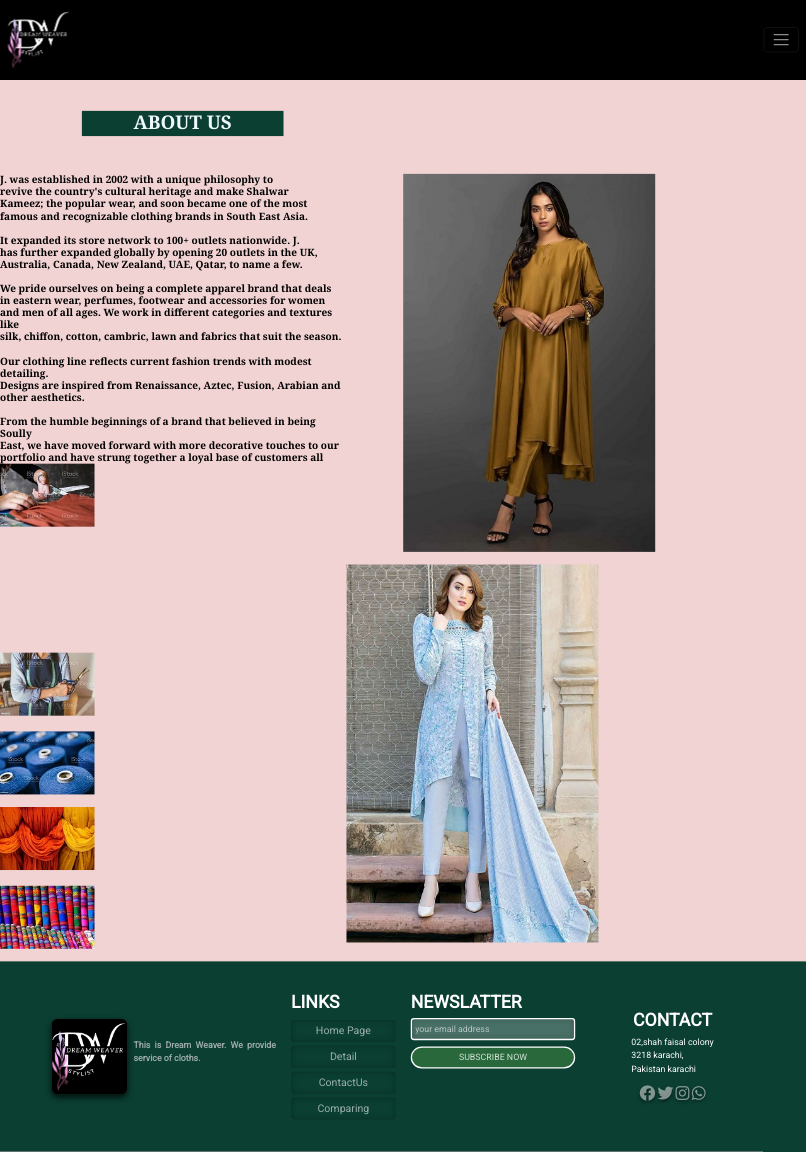
Repository: laibaashraf90/dreamweaver
Page: Source Code/detail.html
These files come from the project's save history. The page is drawn as it stood at one moment and after a run of saves; the edit follows.
The browser window is 1280 px wide. The pictures show the whole page, at 63% of full size.

Above is the page before, as saved 2022-10-29 17:11:58.

### Source Code/detail.html
<!DOCTYPE html>
<html lang="en">
  <head>
    <meta charset="UTF-8">
    <meta http-equiv="X-UA-Compatible" content="IE=edge">
    <meta name="viewport" content="width=device-width, initial-scale=1.0">
    <title>Document</title>
    <link rel="stylesheet" href="./bootstrap-5.2.2-dist/css/bootstrap.min.css">
    <link rel="stylesheet"
      href="https://cdnjs.cloudflare.com/ajax/libs/font-awesome/6.2.0/css/all.min.css">
    <link rel="stylesheet" href="style.css">
  </head>
  <body>
    <!-- Swiper Style start -->

    <!-- Demo styles -->
    <style>
      *{
        margin: 0;
        padding: 0;
      }
       html,

    body {
      position: relative;
      height: 100%;
    }

    body {
      background: #f2d3d3;
      font-family: Helvetica Neue, Helvetica, Arial, sans-serif;
      font-size: 14px;
      color: black;
      margin: 0;
      padding: 0;
    }

    .card {
      color: white;
      font-weight: bold;
      text-align: center;
    }

    .png {
      width: 100px;
      height: 100px;
      margin-bottom: 60%;
    }
 h1{
  background-color: #0B3F32;
    font-size: 30px;
    text-align: center;
    align-items: baseline;
    height: 40px;
    color: aliceblue;
    margin-top: 50px;
    margin-left: 130px;
    width: 50%;
    font-family: Cambria, Cochin, Georgia, Times, 'Times New Roman', serif;
 }
 .picdiv{
  background-color: #f2d3d3;
  margin-top: 60px;
  margin-left: 550px;
margin-bottom: 10px;
 }
    </style>
    <!-- Nav Bar Start -->
    <nav></nav>
    <!-- Nav Bar End -->

    <div class="container">
      <div class="row">
        <div class="col-sm-6"></div>
        <div class="col-sm-6"></div>
      </div>
    </div>



    <div class="con">
      <div class="para">
        <h1>ABOUT US <br></h1>
        <h2>J. was established in 2002 with a unique philosophy to<br> revive
          the country's cultural heritage and make
          Shalwar<br>Kameez; the popular wear, and soon became one of the most<br>famous
          and recognizable clothing
          brands in South East Asia.
          <br>
          <br>
          It expanded its store network to 100+ outlets nationwide. J.<br>has
          further expanded globally by opening 20
          outlets in the UK,<br>Australia, Canada, New Zealand, UAE, Qatar, to
          name a few.
          <br>
          <br>
          We pride ourselves on being a complete apparel brand that deals<br>in
          eastern wear, perfumes, footwear and
          accessories for women<br>and men of all ages. We work in different
          categories and textures like<br>silk,
          chiffon, cotton, cambric, lawn and fabrics that suit the season.
          <br>
          <br>
          Our clothing line reflects current fashion trends with modest
          detailing.<br>Designs are inspired from
          Renaissance, Aztec, Fusion, Arabian and other aesthetics.
          <br>
          <br>
          From the humble beginnings of a brand that believed in being Soully<br>East,
          we have moved forward with
          more decorative touches to our portfolio and have strung together a
          loyal base of customers all over<br>the
          world
        </h2>
      </div>
      <div class="silk">
        <img src="./imges/s1.jpg" alt="">
      </div>
    </div>
    <div class="smallcard">
      <div class="div1"><img src="./imges/t1.jpg" alt=""></div>
      <div class="picdiv"><img src="./imges/t6.jpg" alt=""></div>
      <div class="div2"><img src="./imges/t2.jpg" alt=""></div>
      <div class="div3"><img src="./imges/thread.jpg" alt=""></div>
      <div class="div4"><img src="./imges/t4.jpg" alt=""></div>
      <div class="div5"><img src="./imges/t3.jpg" alt=""></div>
    </div>

    <!-- Footer Start -->
    <footer></footer>
    <!-- Footer End -->
    <script src="./bootstrap-5.2.2-dist/js/bootstrap.min.js"></script>
    <script src="js/header.js"></script>
    <script src="js/footer.js"></script>
  </body>
</html>

### Source Code/style.css
@import url('https://fonts.googleapis.com/css2?family=Roboto&display=swap');
*{
    user-select: none;
    box-sizing: border-box;
    margin: 0;
    padding: 0;
    transition: all 0.3s ease;
    text-decoration: none !important;
    font-family: 'Roboto', sans-serif;
}
html{
    scroll-behavior: smooth;
}
body{
    background-color: rgb(245, 208, 214);
}
nav{
    background-color: black !important;
}
nav .logo{
    width: 100px;
}
nav .navbar-toggler:focus{
    box-shadow: none;
}
.nav1{
    background-color: #0B3F32;
    margin-top: 50px;
    font-size: 25px;
    text-align: center;
    align-items: baseline;
    height: 40px;
    color: aliceblue;
    margin-left: 20px;
    margin-right: 20px;
    font-family: Cambria, Cochin, Georgia, Times, 'Times New Roman', serif;
}
.nav2{
    background-color: #0B3F32;
    font-size: 25px;
    text-align: center;
    align-items: baseline;
    height: 40px;
    color: aliceblue;
    margin-top: 40px;
    margin-left: 20px;
    margin-right: 20px;
    font-family: Cambria, Cochin, Georgia, Times, 'Times New Roman', serif;

}
.nav3{
    background-color: #0B3F32;
    font-size: 25px;
    text-align: center;
    align-items: baseline;
    height: 40px;
    color: aliceblue;
    margin-top: 50px;
    margin-left: 20px;
    margin-right: 20px;
    font-family: Cambria, Cochin, Georgia, Times, 'Times New Roman', serif;
}
.nav4{
    background-color: #0B3F32;
    font-size: 25px;
    text-align: center;
    align-items: baseline;
    height: 40px;
    color: aliceblue;
    margin-top: 40px;
    margin-left: 20px;
    margin-right: 20px;
    font-family: Cambria, Cochin, Georgia, Times, 'Times New Roman', serif;
}
.nav5{
    background-color: #0B3F32;
    font-size: 25px;
    text-align: center;
    align-items: baseline;
    height: 40px;
    color: aliceblue;
    margin-top: 40px;
    margin-left: 20px;
    margin-right: 20px;
    font-family: Cambria, Cochin, Georgia, Times, 'Times New Roman', serif;
}
.nav6{
    background-color: #0B3F32;
    font-size: 25px;
    text-align: center;
    align-items: baseline;
    height: 40px;
    color: aliceblue;
    margin-top: 40px;
    margin-left: 20px;
    margin-right: 20px;
    font-family: Cambria, Cochin, Georgia, Times, 'Times New Roman', serif;
}
h5{
    color: black;
    font-size: 30px;
    font-weight: bolder;
    font-family: Cambria, Cochin, Georgia, Times, 'Times New Roman', serif;

}
.BTN1{
  font-size: large;
    background-color:#0B3F32;
    font-weight: bold;
    font-family:Cambria, Cochin, Georgia, Times, 'Times New Roman', serif;
}
.BTN2{
    background-color:#0B3F32;
    font-size: large;
    font-weight: bold;
    font-family:Cambria, Cochin, Georgia, Times, 'Times New Roman', serif;
    color: white;
}
.BTN1:hover{
background-color: #0B3F32;
font-family: monospace;
}
.BTN2:hover{
    background-color: #0B3F32;
    font-family: monospace;
    font-size: large;
    font-weight: bold;
    color: white;
}
.cardsection{
    border-radius: 10px;
    background-color: white;
    background: rgba( 255, 255, 255, 0.25 );
    box-shadow: 0 8px 32px 0 rgba( 31, 38, 135, 0.37 );
    backdrop-filter: blur( 4px );
    -webkit-backdrop-filter: blur( 4px );
    border-radius: 10px;
    border: 1px solid rgba( 255, 255, 255, 0.18 );
}
.text-center{
    size: 100%;
    color:gray;
    text-align: center;
}
.star1:hover{
    color: gold;
}
.star2:hover{
    color: gold;
}
.star3:hover{
    color: gold;
}
.star4:hover{
    color: gold;
}
.star5:hover{
    color: gold;
}
.star6:hover{
    color: gold;
}
.card-title{
    text-align: center;
    font-size: 20px;
}
.text-center1{
    text-align: center;
 font-size: 30px;
 font-family: Cambria, Cochin, Georgia, Times, 'Times New Roman', serif;
}
.card-img-top {
    border-radius: 20px;
    margin-top: 5%;
}
.home{
    transition: 2s;
}
.home:hover{
transform: scale(1.2);
/*(150% zoom - Note: if the zoom is too large, it will go outside of the viewport)*/
}




.con{
    display: grid;
    grid-template-columns: 1fr 1fr ;
    grid-template-rows: 300px 300px ;
}
.silk{
    width: 50%;
    height: 600px;
    margin-top: 150px;
    margin-left: 0px;
}
h1{
    background-color: #0B3F32;
margin-top: 60px;
    text-align: center;
    font-family: Cambria, Cochin, Georgia, Times, 'Times New Roman', serif;
    font-weight: bold;
    font-size: 25px;
}
h2{
    width: 550px;
    margin-top: 60px;
    font-size: medium;
    font-weight:bold;
    font-family: Cambria, Cochin, Georgia, Times, 'Times New Roman', serif;
}
.div1{
    background-color: #0B3F32;
    width: 150px;
    height: 100px;
margin-top: 10px;
}
.div2{
    background-color: #0B3F32;
    width: 150px;
    height: 100px;
margin-top: -470px;
}
.div3{
    background-color: #0B3F32;
    width: 150px;
    height: 100px;
margin-top: 25px;
}
.div4{
    background-color: #0B3F32;
    width: 150px;
    height: 100px;
margin-top: 20px;
}
.div5{
    background-color: #0B3F32;
    width: 150px;
    height: 100px;
margin-top: 25px;
margin-bottom: 20px;
}

.pic{
background-color: #0B3F32;
width: 660%;
height: 600px;
margin-top:-600px;
margin-left:670px;
}
footer{
    background: #0B3F32 ;
}
footer .logo{
    width: 120px;
    border-radius: 10px;
    box-shadow: 0 5px 10px rgba(0, 0, 0, 0.8);
}
footer .title{
    font-size: 2.0em;
    font-weight: bold;
    color: #fff;
    text-transform: uppercase;
}
footer .desc{
    margin-left: 10px;
    text-align: justify;
    font-weight: bold;
    color: rgba(214, 214, 214, 0.705);
    font-size: 1.0em;
}
footer .linkContainer{
    display: flex;
    flex-direction: column;
    align-items: flex-start;
    justify-content: center;
}
footer .linkContainer a{
    text-decoration: none;
    text-transform: capitalize;
    color: rgba(255, 255, 255, 0.589);
    width: 100%;
    text-align: center;
    font-size: 1.2em;
    border-radius: 5px;
    box-shadow: 0 0 10px rgba(0, 0, 0, 0.3) inset;
    padding: 5px 0;
    margin: 3px 0;
}
footer .linkContainer a:hover{
    letter-spacing: 1px;
}
footer input{
    width: 100%;
    border: 2px solid #fff !important;
    box-shadow: 0 0 10px rgba(0, 0, 0, 0.2) inset !important;
    background-color: rgba(255, 255, 255, 0.253) !important;
    color: rgba(255, 255, 255, 0.8) !important;
    text-transform: lowercase !important;
    margin-bottom: 10px !important;
    padding: 5px;
    border-radius: 5px;
    outline: none;
}
footer input::placeholder{
    color: rgba(255, 255, 255, 0.6);
}
footer button{
    outline: none;
    font-size: 1.0em;
    margin-top: 0px;
    width: auto;
    border-radius: 50px;
    background-color: rgba(70, 145, 68, 0.5) !important;
    color: rgba(255, 255, 255, 0.8) !important;
    border: 2px solid #fff !important;
    padding: 5px;
}
footer .social-icons{
    color: rgba(255, 255, 255, 0.5);
    text-shadow: 0 2px 5px rgba(0, 0, 0, 0.5);
}
footer .social-icons i{
    font-size: 1.8em;
}

footer .znc{
    color: #fff;
}
.productImg{
    height: 100%;
    width: 100%;
    object-fit: cover;
}
.modPos{
    position: absolute;
    z-index: 10000;
}

### Source Code/js/header.js
document.querySelector("nav").classList.add("bfs")
document.querySelector("nav").classList.add("navbar")
document.querySelector("nav").classList.add("navbar-dark")
document.querySelector("nav").classList.add("sticky-top")
document.querySelector("nav").innerHTML=`
<div class="container-fluid">
      <a class="navbar-brand" href="">
        <img class="logo" src="./images/D.png">
      </a>
      <button class="navbar-toggler" type="button" data-bs-toggle="offcanvas" data-bs-target="#offcanvasDarkNavbar"
        aria-controls="offcanvasDarkNavbar">
        <span class="navbar-toggler-icon"></span>
      </button>
      <div class="offcanvas offcanvas-end text-bg-dark navbar-collapse" tabindex="-1" id="offcanvasDarkNavbar"
        aria-labelledby="offcanvasDarkNavbarLabel">
        <div class="offcanvas-header">
          <h5 class="offcanvas-title" id="offcanvasDarkNavbarLabel">Dark offcanvas</h5>
          <button type="button" class="btn-close btn-close-white" data-bs-dismiss="offcanvas"
            aria-label="Close"></button>
        </div>
        <div class="offcanvas-body">
          <ul class="navbar-nav justify-content-end flex-grow-1 pe-3">
            <li class="nav-item">
              <a class="nav-link active" aria-current="page" href="./index.html">Home</a>
            </li>
            <li class="nav-item">
              <a class="nav-link" href="./Orient _ Gul-Ahmed collection.html">Orient & Gul-Ahmed Women Collection</a>
            </li>


            <li class="nav-item">
              <a class="nav-link" href="./j.Asim Jofa Wedding Collection.html">J. & Asim Jofa Women Wedding
                Collection</a>
            </li>

            <li class="nav-item">
              <a class="nav-link" href="./women Jeans.html">Out Fitters & Zara's Women Jeans Collection</a>
            </li>

            <li class="nav-item">
              <a class="nav-link" href="j. mens formal_Wedding Collection.html">J.mens formal&Wedding Collection</a>
            </li>

            <li class="nav-item">
              <a class="nav-link" href="./gulahmedmens.html">Gul-Ahmed Mens Collection</a>
            </li>

            <li class="nav-item">
              <a class="nav-link" href="./mensjeans.html">Zara's Mens Shirts & Paint Collection</a>
            </li>


            <li class="nav-item">
              <a class="nav-link" href="./comparing.html">Comparing Page</a>
            </li>

            <li class="nav-item">
              <a class="nav-link" href="./detail.html">Details</a>
            </li>


            <li class="nav-item">
              <a class="nav-link" href="./contact.html">Contact</a>
            </li>

          </ul>

        </div>

`

### Source Code/js/footer.js
document.querySelector("footer").innerHTML = `
<div class="container py-5">
      <div class="row">
        <div class="col-md-4 d-flex align-items-center">
          <a href="index.html">
            <img class="logo" src="./images/D.png">
          </a>
          <p class="desc">This is Dream Weaver. We provide service of cloths.</p>
        </div>
        <div class="col-md-2">
          <h3 class="title">links</h3>
          <div class="linkContainer">
            <a href="./index.html">Home Page</a>
            <a href="./detail.html">Detail </a>
            <a href="./contact.html">ContactUs</a>
            <a href="./Comparing.html">Comparing</a>
          </div>
        </div>
        <div class="col-md-3">
          <h3 class="title">newslatter</h3>
          <form class="d-flex justify-content-center flex-column">
            <input type="email" maxlength="30" placeholder="Your Email Address" required>
            <button type="submit">SUBSCRIBE NOW</button>
          </form>
        </div>
        <div class="col-md-3 d-flex justify-content-center flex-column align-items-center">
          <h3 class="title">contact</h3>
          <p class="znc">02,shah faisal colony<br>
            3218 karachi, <br>Pakistan karachi</p>
          <div class="social-icons">
            <i class="fa-brands fa-facebook"></i>
            <i class="fa-brands fa-twitter"></i>
            <i class="fa-brands fa-instagram"></i>
            <i class="fa-brands fa-whatsapp"></i>
          </div>
        </div>
      </div>
    </div>
`

Loaded but not shown: Source Code/bootstrap-5.2.2-dist/css/bootstrap.min.css (library); Source Code/bootstrap-5.2.2-dist/js/bootstrap.min.js (library)

After the next 2 saves:
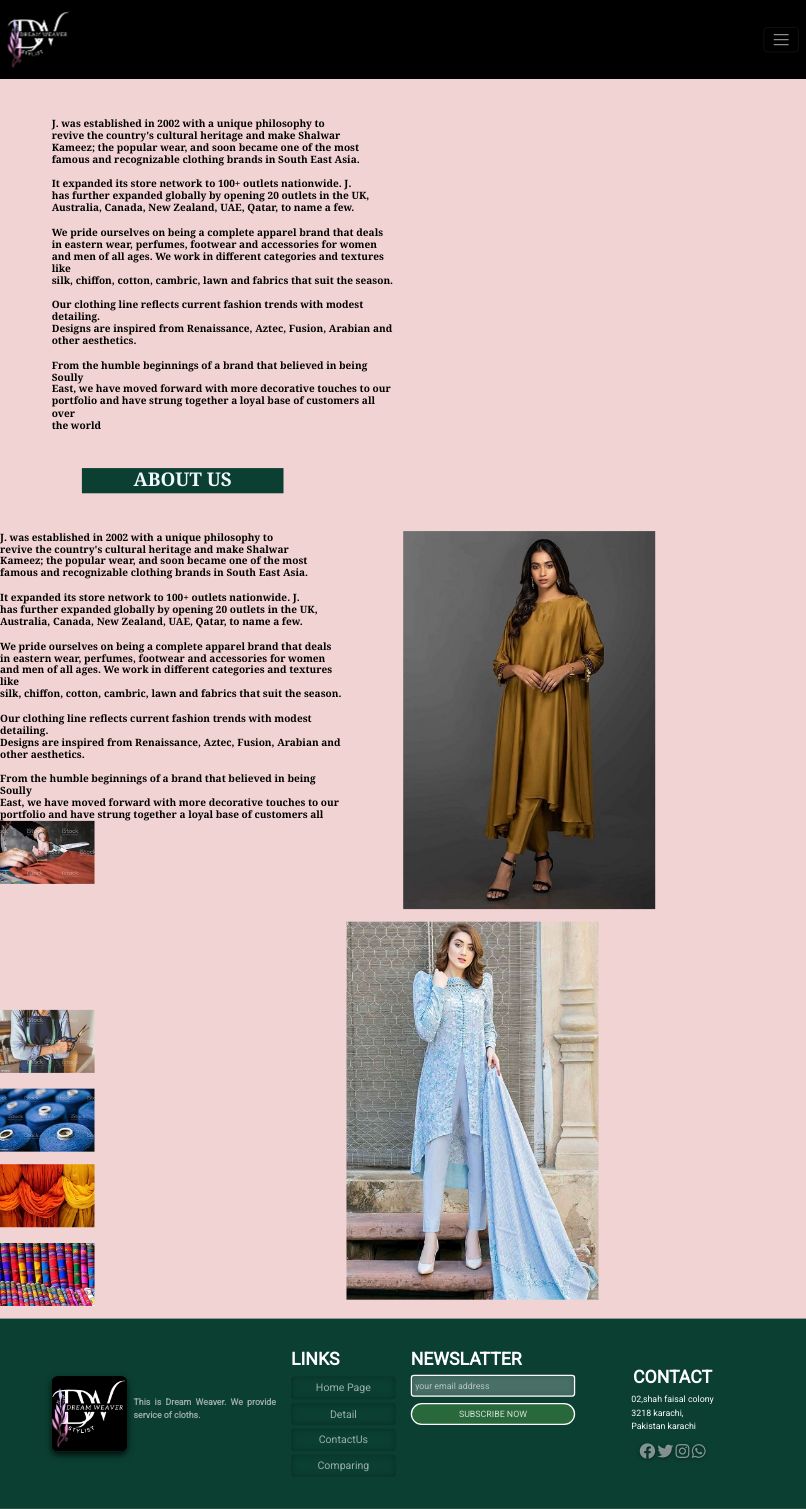
The 2 saves are shown as one change because they came seconds apart.
The last was saved 31 s later.
--- a/Source Code/detail.html
+++ b/Source Code/detail.html
@@ -71,7 +71,42 @@
 
     <div class="container">
       <div class="row">
-        <div class="col-sm-6"></div>
+        <div class="col-sm-6">
+          <h2>J. was established in 2002 with a unique philosophy to<br> revive
+            the country's cultural heritage and make
+            Shalwar<br>Kameez; the popular wear, and soon became one of the most<br>famous
+            and recognizable clothing
+            brands in South East Asia.
+            <br>
+            <br>
+            It expanded its store network to 100+ outlets nationwide. J.<br>has
+            further expanded globally by opening 20
+            outlets in the UK,<br>Australia, Canada, New Zealand, UAE, Qatar, to
+            name a few.
+            <br>
+            <br>
+            We pride ourselves on being a complete apparel brand that deals<br>in
+            eastern wear, perfumes, footwear and
+            accessories for women<br>and men of all ages. We work in different
+            categories and textures like<br>silk,
+            chiffon, cotton, cambric, lawn and fabrics that suit the season.
+            <br>
+            <br>
+            Our clothing line reflects current fashion trends with modest
+            detailing.<br>Designs are inspired from
+            Renaissance, Aztec, Fusion, Arabian and other aesthetics.
+            <br>
+            <br>
+            From the humble beginnings of a brand that believed in being Soully<br>East,
+            we have moved forward with
+            more decorative touches to our portfolio and have strung together a
+            loyal base of customers all over<br>the
+            world
+          </h2>
+
+
+
+        </div>
         <div class="col-sm-6"></div>
       </div>
     </div>
